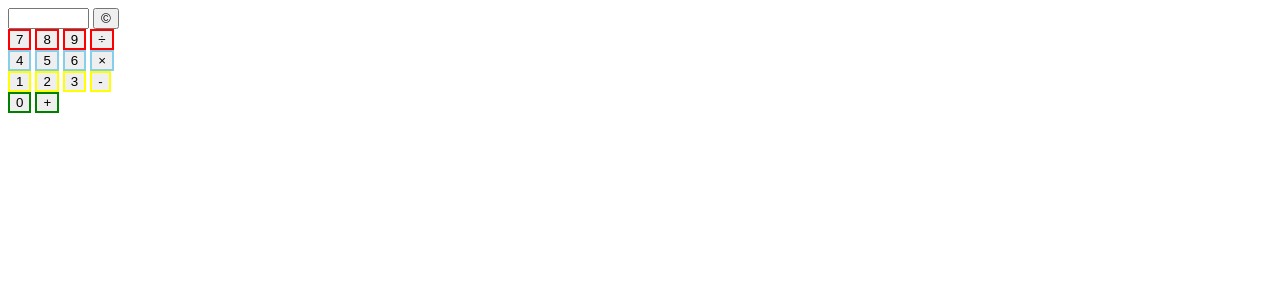
Repository: nakamurayuu/samurai_HTML-CSS
Page: calculator.html
The author's editor kept a record of every edit. The page is drawn from the files as they stood at one moment, then again after the next edit.
The browser window is 1280 px wide. The pictures show the whole page.

Above is the page before.

After the next edit:
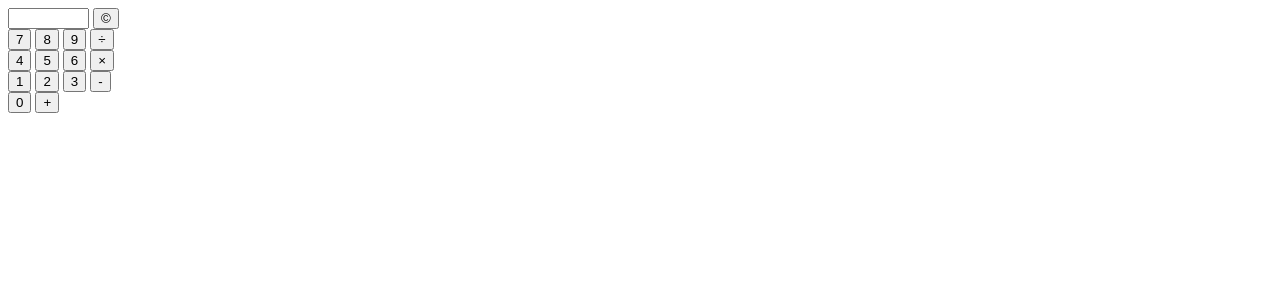
The edit:
--- a/calculator.html
+++ b/calculator.html
@@ -4,26 +4,7 @@
     <meta charset="UTF-8">
     <title>電卓</title>
     <style>
-    body {
-        font-size: 1em;
-        background-color: #FFF;
-    }
 
-    #firstShelf {
-        border: solid 2px red;
-    }
-
-    #secondShelf {
-        border: solid 2px skyblue;
-    }
-
-    #thirdShelf {
-        border: solid 2px yellow;
-    }
-
-    #fourthShelf {
-        border: solid 2px green;
-    }
     </style>
 </head>
 <body>
